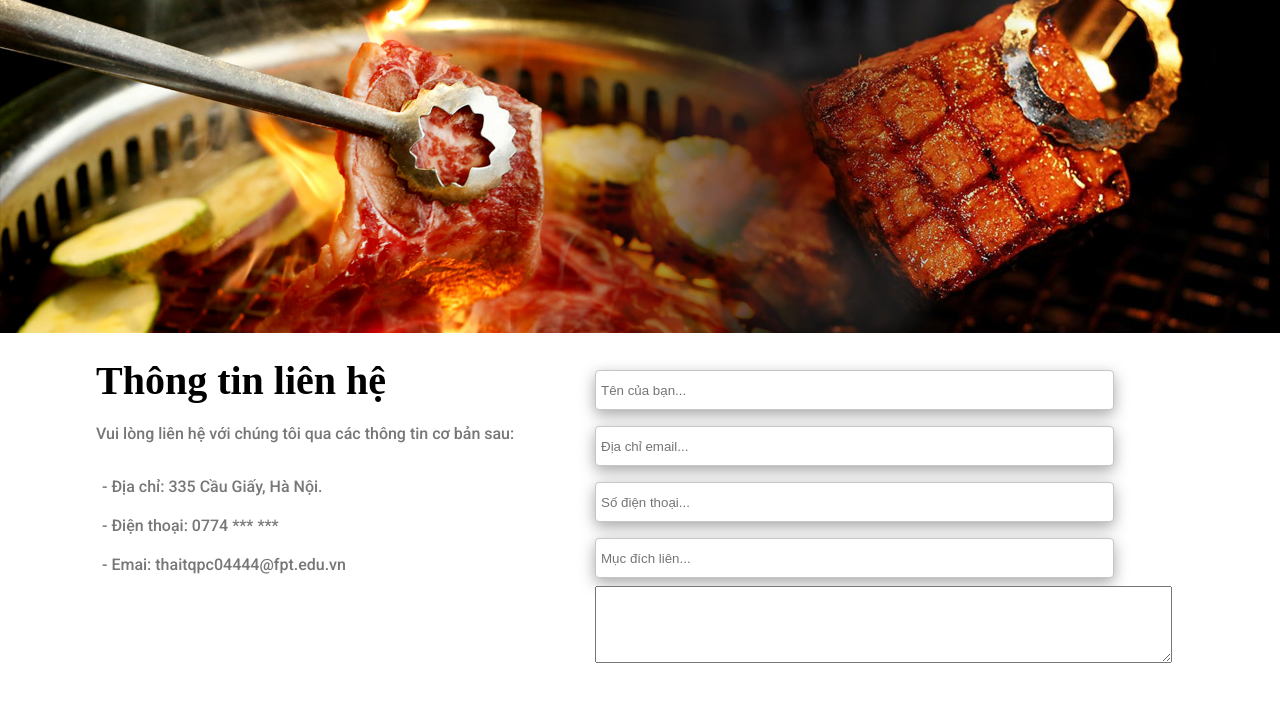
Repository: QUANGTHAI2003/sunhomesbbq
Page: LienHe.html
An editor plug-in stored every save of this project. The page is shown before and after the next save, followed by the edit.
The browser window is 1280 px wide. The pictures show the whole page.
Some web fonts or font styles are not loaded; a fallback is used.

Above is the page before, as saved 2022-02-14 15:35:53.

After the next save:
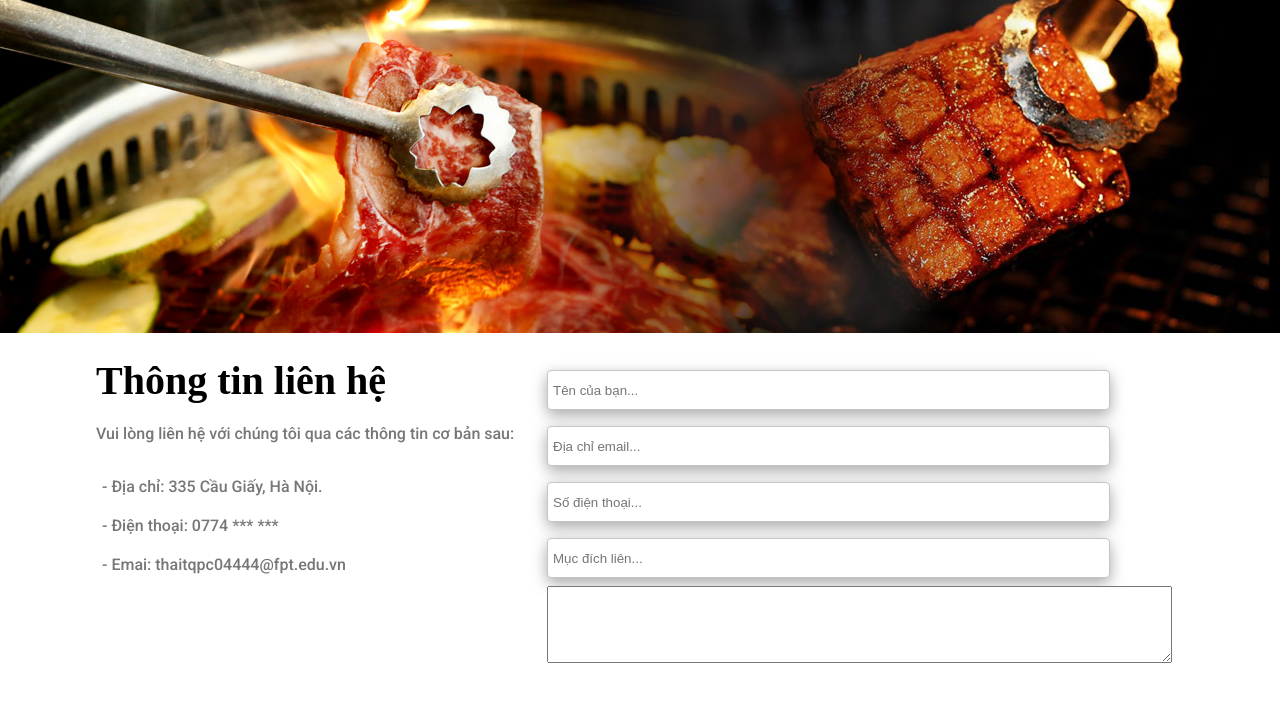
Saved 12 s later.
--- a/LienHe.html
+++ b/LienHe.html
@@ -28,7 +28,7 @@
                 <input type="email" placeholder="Địa chỉ email...">
                 <input type="tel" pattern="0[0-9]{9}" maxlength="10" required placeholder="Số điện thoại...">
                 <input type="text" placeholder="Mục đích liên...">
-                <textarea rows="5" cols="70"></textarea>
+                <textarea rows="5" cols="76"></textarea>
             </div>
         </div>
     </div>
